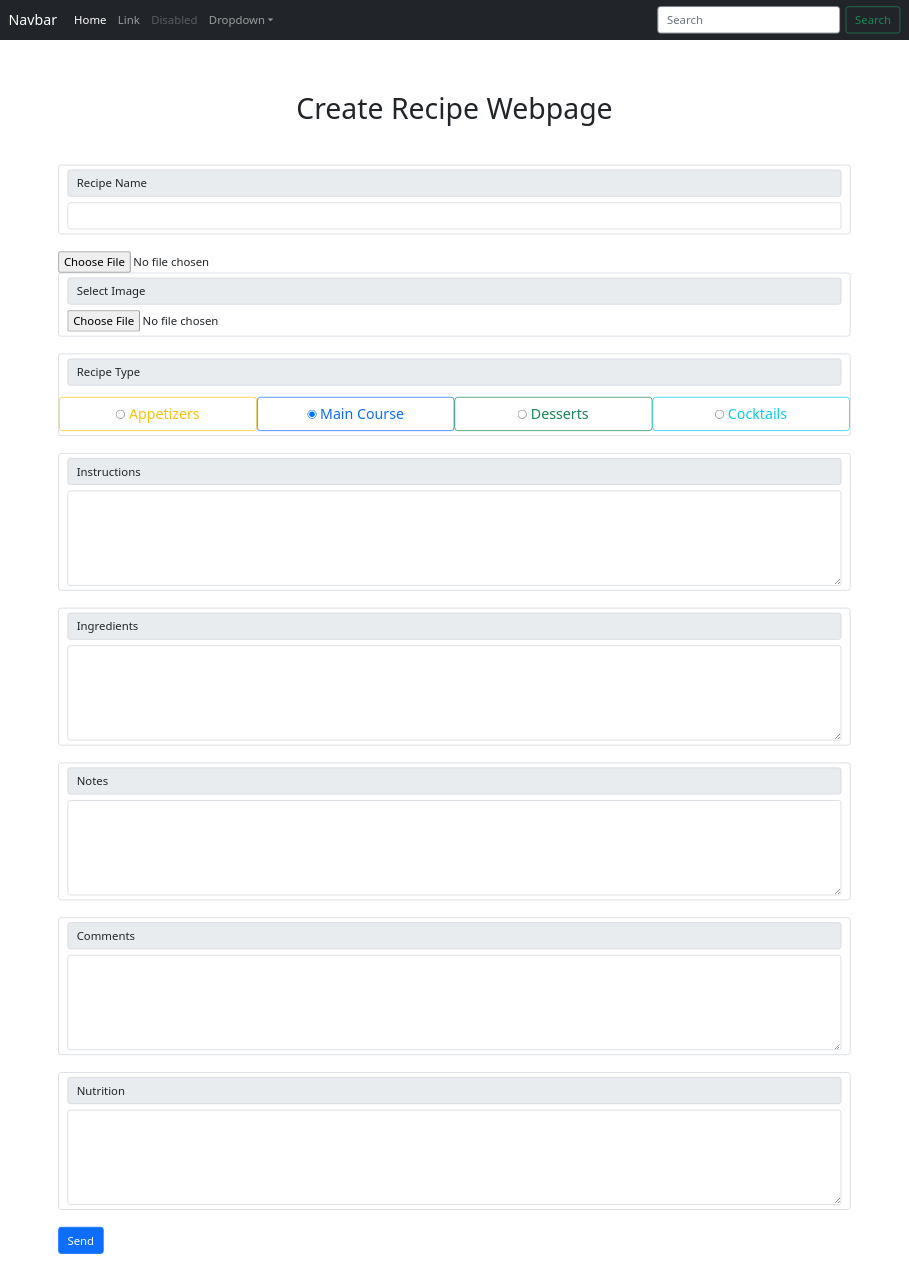
Repository: jerrywthompson/createRecipeWebpageHTML
Page: index.html
The author's editor kept a copy of each file at every save. The page is drawn from the files as they stood at one save, then again after the next save.
The browser window is 1280 px wide. The pictures show the whole page, at 71% of full size.

Above is the page before, as saved 2021-02-25 14:45:53.

After the next save:
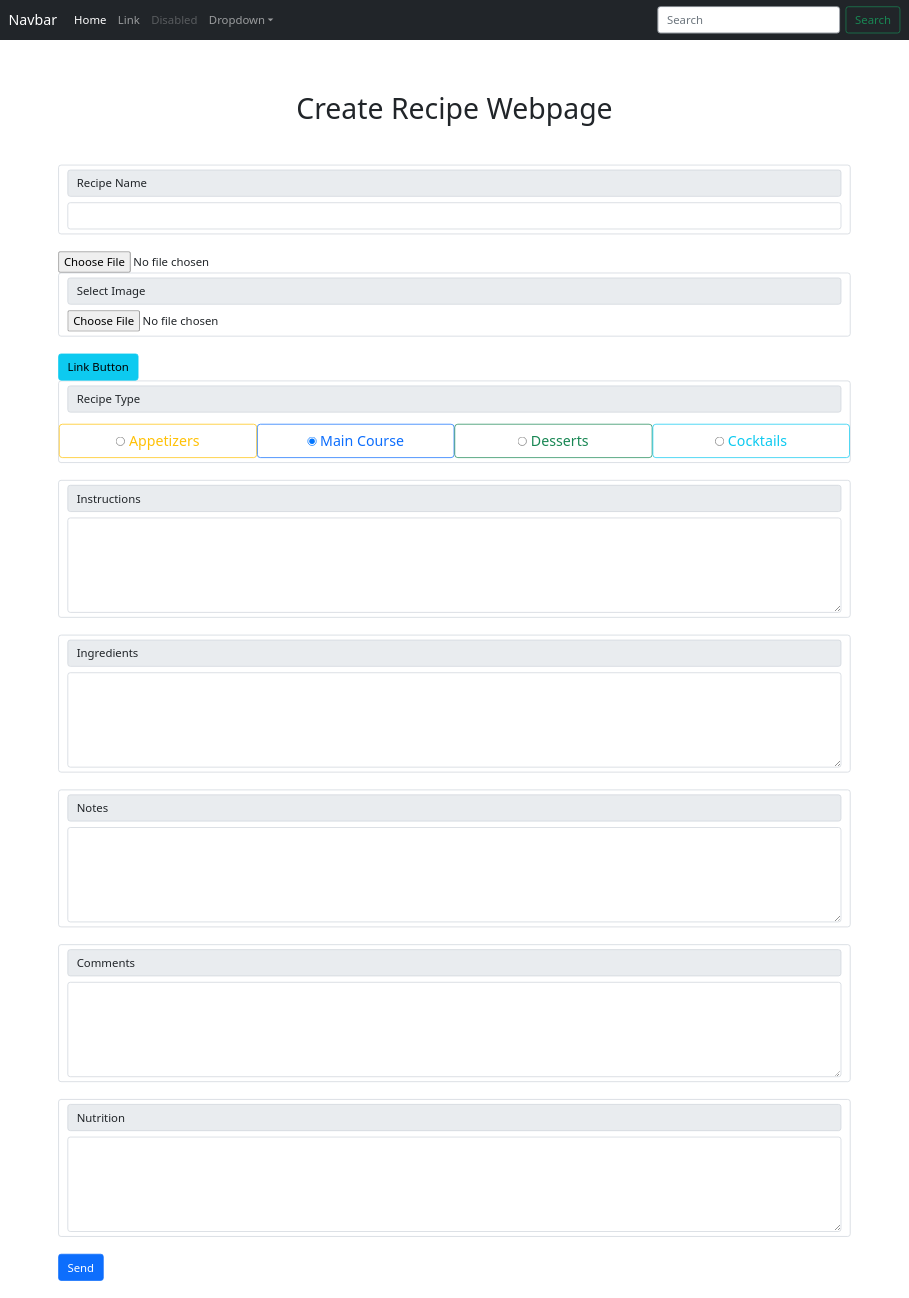
Saved 3 min 52 s later.
--- a/index.html
+++ b/index.html
@@ -90,6 +90,8 @@
                         </div>
 
 
+                        <a href="#link" class="btn btn-info" role="button">Link Button</a>
+
                         <div class="form-control mb-4">
                             <div class="input-group-prepend mb-3">
                                 <span class="input-group-text" id="inputGroup-sizing-default">Recipe Type</span>
